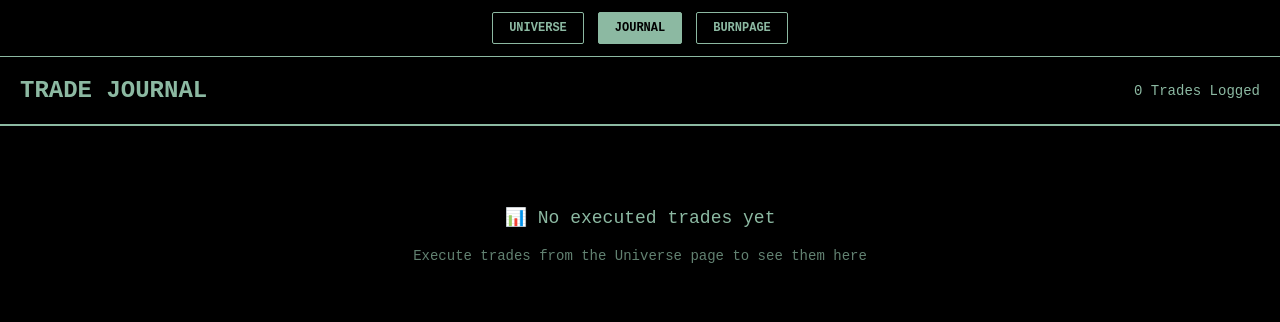
Repository: 11612x/burnlistv1.1
Page: /journal
These files come from the project's save history. The page is drawn as it stood at one moment and after the next save; the edit follows.
The browser window is 1280 px wide. The pictures show the whole page.
The project was rebuilt for these pictures with package versions that can differ from the ones it lists, and the page was loaded fresh each time. Also part of the build but not shown: vite.config.js, src/components/CustomTooltip.jsx, src/logic/portfolioUtils.js, src/components/WatchlistChart.jsx, src/data/randomNames.js, src/data/mockTickerGenerator.js, src/components/NotificationBanner.jsx, src/pages/HomePage.jsx and 22 more.

Above is the page before, as saved 2025-07-25 16:23:10.

### index.html
<!DOCTYPE html>
<html lang="en">
  <head>
    <meta charset="UTF-8" />
    <meta name="viewport" content="width=device-width, initial-scale=1.0, maximum-scale=1.0, user-scalable=no" />
    <meta name="apple-mobile-web-app-capable" content="yes" />
    <meta name="apple-mobile-web-app-status-bar-style" content="black-translucent" />
    <meta name="theme-color" content="#000000" />
    <meta name="mobile-web-app-capable" content="yes" />
    <title>Burnlist</title>
    <link rel="icon" type="image/x-icon" href="/favicon.ico" />
    <link rel="apple-touch-icon" href="/favicon.ico" />
  </head>
  <body>
    <div id="root"></div>
    <script type="module" src="/src/main.jsx"></script>
  </body>
</html>

### src/main.jsx
import React from 'react';
import ReactDOM from 'react-dom/client';
import App from './App';
import './index.css';
import MockWatchlistPage from './pages/MockWatchlistPage';

console.log("MAIN.JSX is running");


ReactDOM.createRoot(document.getElementById('root')).render(<App />);

### src/App.jsx
// React core and lifecycle
import React, { useState, useEffect } from "react";
// React Router for routing
import { BrowserRouter as Router, Routes, Route } from "react-router-dom";
// App pages
import Home from "@pages/HomePage";
import BurnPage from "@pages/burnPage";
import MockWatchlistPage from "@pages/MockWatchlistPage";
import UniverseScreenerPage from "@pages/UniverseScreenerPage";
import UniverseHomePage from "@pages/UniverseHomePage";
import TradeDashboard from './pages/TradeDashboard';
import TradeJournal from './pages/TradeJournal';
import AddStockPricePage from './pages/AddStockPricePage';
// Fetch manager for cleanup
import { fetchManager } from '@data/fetchManager';
import { ThemeProvider } from './ThemeContext';
import MobileNavigation from './components/MobileNavigation';


function App() {
  // Load watchlists from localStorage or default to empty object
  const [watchlists, setWatchlists] = useState(() => {
    try {
      const saved = localStorage.getItem("burnlist_watchlists");
      console.log("Loaded watchlists from localStorage:", saved);
      return saved ? JSON.parse(saved) : {};
    } catch {
      return {};
    }
  });

  // Persist watchlists to localStorage on changes
  useEffect(() => {
    console.log("Saving watchlists to localStorage:", watchlists);
    localStorage.setItem("burnlist_watchlists", JSON.stringify(watchlists));
  }, [watchlists]);

  // Cleanup fetch manager on app unmount
  useEffect(() => {
    return () => {
      fetchManager.cleanup();
    };
  }, []);

  return (
    <ThemeProvider>
      <Router>
        <Routes>
          <Route
            path="/"
            element={<Home watchlists={watchlists} setWatchlists={setWatchlists} />}
          />
          <Route
            path="/watchlist/:slug"
            element={<BurnPage watchlists={watchlists} setWatchlists={setWatchlists} />}
          />
          {/* Route for mock watchlist testing - remove when not needed */}
          <Route path="/mockwatchlist" element={<MockWatchlistPage />} />
          {/* Route for Universe Homepage */}
          <Route path="/universes" element={<UniverseHomePage />} />
          {/* Route for Universe Screener */}
          <Route path="/universe/:slug" element={<UniverseScreenerPage />} />
          <Route path="/trade" element={<TradeDashboard />} />
          <Route path="/journal" element={<TradeJournal />} />
          <Route path="/add-stock-price" element={<AddStockPricePage />} />
        </Routes>
        <MobileNavigation />
      </Router>
    </ThemeProvider>
  );
}

export default App;

### src/pages/TradeJournal.jsx
import React, { useState, useEffect } from "react";
import { useTheme } from '../ThemeContext';
import { useNavigate } from 'react-router-dom';
import NotificationBanner from '@components/NotificationBanner';
import CustomButton from '@components/CustomButton';
import NavigationBar from '@components/NavigationBar';
import greenflag from '../assets/greenflag.png';
import yellowflag from '../assets/yellowflag.png';
import redflag from '../assets/redflag.png';
import backbutton from '../assets/backbutton.png';

const CRT_GREEN = 'rgb(140,185,162)';

const TradeJournal = () => {
  const { isInverted } = useTheme();
  const navigate = useNavigate();
  const [trades, setTrades] = useState([]);
  const [notification, setNotification] = useState("");
  const [notificationType, setNotificationType] = useState("info");

  // Load trades from localStorage on mount
  useEffect(() => {
    const savedTrades = localStorage.getItem("trade_journal_trades");
    if (savedTrades) {
      try {
        setTrades(JSON.parse(savedTrades));
      } catch (error) {
        console.error("Error loading trades:", error);
      }
    }
  }, []);

  // Save trades to localStorage whenever trades change
  useEffect(() => {
    localStorage.setItem("trade_journal_trades", JSON.stringify(trades));
  }, [trades]);

  const updateTrade = (id, updates) => {
    setTrades(prev => prev.map(trade =>
      trade.id === id ? { ...trade, ...updates } : trade
    ));
  };

  const deleteTrade = (id) => {
    setTrades(prev => prev.filter(trade => trade.id !== id));
    setNotification("Trade deleted");
    setNotificationType("success");
    setTimeout(() => setNotification(""), 3000);
  };

  const formatDate = (dateString) => {
    const date = new Date(dateString);
    return date.toLocaleDateString('en-GB', {
      day: '2-digit',
      month: '2-digit',
      year: '2-digit'
    });
  };

  return (
    <div style={{
      backgroundColor: isInverted ? 'rgb(140,185,162)' : '#000000',
      color: isInverted ? '#000000' : '#ffffff',
      minHeight: '100vh',
      padding: '0',
      fontFamily: "'Courier New', monospace"
    }}>
      {/* Navigation Bar */}
      <NavigationBar />

      {/* Header */}
      <div style={{
        display: 'flex',
        justifyContent: 'space-between',
        alignItems: 'center',
        padding: '20px',
        borderBottom: `2px solid ${CRT_GREEN}`,
        background: 'rgba(0,0,0,0.3)'
      }}>
        <div style={{ display: 'flex', alignItems: 'center', gap: '15px' }}>
          <h1 style={{
            color: CRT_GREEN,
            margin: 0,
            fontSize: '24px',
            fontWeight: 'bold'
          }}>
            TRADE JOURNAL
          </h1>
        </div>
        <div style={{ color: CRT_GREEN, fontSize: '14px' }}>
          {trades.length} Trades Logged
        </div>
      </div>

      {/* Notification Banner */}
      {notification && (
        <NotificationBanner
          message={notification}
          type={notificationType}
          onClose={() => setNotification("")}
        />
      )}

      {/* Main Content */}
      <div style={{ padding: '20px' }}>
        {trades.length === 0 ? (
          <div style={{
            textAlign: 'center',
            padding: '60px 20px',
            color: CRT_GREEN,
            fontSize: '18px'
          }}>
            <div style={{ marginBottom: '20px' }}>
              📊 No executed trades yet
            </div>
            <div style={{ fontSize: '14px', opacity: 0.7 }}>
              Execute trades from the Universe page to see them here
            </div>
          </div>
        ) : (
          <div style={{ overflowX: 'auto' }}>
            <table style={{
              width: '100%',
              borderCollapse: 'collapse',
              border: `1px solid ${CRT_GREEN}`,
              fontSize: '14px',
              tableLayout: 'fixed',
              lineHeight: '24px'
            }}>
                              <thead>
                <tr style={{
                  background: 'rgba(140,185,162,0.1)',
                  borderBottom: `2px solid ${CRT_GREEN}`,
                  height: '40px'
                }}>
                  <th style={{ padding: '0px', textAlign: 'center', borderRight: `1px solid ${CRT_GREEN}`, height: '40px', minHeight: '40px', maxHeight: '40px', lineHeight: '24px', boxSizing: 'border-box', verticalAlign: 'middle', overflow: 'hidden' }}>
                    Ticker
                  </th>
                  <th style={{ padding: '0px', textAlign: 'center', borderRight: `1px solid ${CRT_GREEN}`, height: '40px', minHeight: '40px', maxHeight: '40px', lineHeight: '24px', boxSizing: 'border-box', verticalAlign: 'middle', overflow: 'hidden' }}>
                    Setup
                  </th>
                  <th style={{ padding: '0px', textAlign: 'center', borderRight: `1px solid ${CRT_GREEN}`, height: '40px', minHeight: '40px', maxHeight: '40px', lineHeight: '24px', boxSizing: 'border-box', verticalAlign: 'middle', overflow: 'hidden' }}>
                    R:R
                  </th>
                  <th style={{ padding: '0px', textAlign: 'center', borderRight: `1px solid ${CRT_GREEN}`, height: '40px', minHeight: '40px', maxHeight: '40px', lineHeight: '24px', boxSizing: 'border-box', verticalAlign: 'middle', overflow: 'hidden' }}>
                    Verdict
                  </th>
                  <th style={{ padding: '0px', textAlign: 'center', borderRight: `1px solid ${CRT_GREEN}`, height: '40px', minHeight: '40px', maxHeight: '40px', lineHeight: '24px', boxSizing: 'border-box', verticalAlign: 'middle', overflow: 'hidden' }}>
                    Outcome
                  </th>
                  <th style={{ padding: '0px', textAlign: 'center', borderRight: `1px solid ${CRT_GREEN}`, height: '40px', minHeight: '40px', maxHeight: '40px', lineHeight: '24px', boxSizing: 'border-box', verticalAlign: 'middle', overflow: 'hidden' }}>
                    Entry
                  </th>
                  <th style={{ padding: '0px', textAlign: 'center', borderRight: `1px solid ${CRT_GREEN}`, height: '40px', minHeight: '40px', maxHeight: '40px', lineHeight: '24px', boxSizing: 'border-box', verticalAlign: 'middle', overflow: 'hidden' }}>
                    Stop
                  </th>
                  <th style={{ padding: '0px', textAlign: 'center', borderRight: `1px solid ${CRT_GREEN}`, height: '40px', minHeight: '40px', maxHeight: '40px', lineHeight: '24px', boxSizing: 'border-box', verticalAlign: 'middle', overflow: 'hidden' }}>
                    Target
                  </th>
                  <th style={{ padding: '0px', textAlign: 'center', borderRight: `1px solid ${CRT_GREEN}`, height: '40px', minHeight: '40px', maxHeight: '40px', lineHeight: '24px', boxSizing: 'border-box', verticalAlign: 'middle', overflow: 'hidden' }}>
                    Position
                  </th>
                  <th style={{ padding: '0px', textAlign: 'center', borderRight: `1px solid ${CRT_GREEN}`, height: '40px', minHeight: '40px', maxHeight: '40px', lineHeight: '24px', boxSizing: 'border-box', verticalAlign: 'middle', overflow: 'hidden' }}>
                    Date
                  </th>
                  <th style={{ padding: '0px', textAlign: 'center', height: '40px', minHeight: '40px', maxHeight: '40px', lineHeight: '24px', boxSizing: 'border-box', verticalAlign: 'middle', overflow: 'hidden' }}>
                    Actions
                  </th>
                </tr>
              </thead>
              <tbody>
                                 {trades.map((trade, index) => (
                   <tr
                     key={trade.id}
                     style={{
                       borderBottom: `1px solid ${CRT_GREEN}`,
                       background: index % 2 === 0 ? 'rgba(0,0,0,0.3)' : 'rgba(0,0,0,0.1)',
                       height: '40px'
                     }}
                   >
                                                                  <td style={{ padding: '0px', textAlign: 'center', borderRight: `1px solid ${CRT_GREEN}`, fontWeight: 'bold', height: '40px', minHeight: '40px', maxHeight: '40px', lineHeight: '24px', boxSizing: 'border-box', verticalAlign: 'middle', overflow: 'hidden' }}>
                         {trade.ticker}
                       </td>
                       <td style={{ padding: '0px', textAlign: 'center', borderRight: `1px solid ${CRT_GREEN}`, height: '40px', minHeight: '40px', maxHeight: '40px', lineHeight: '24px', boxSizing: 'border-box', verticalAlign: 'middle', overflow: 'hidden' }}>
                         {trade.setup || trade.setupType || 'Manual'}
                       </td>
                       <td style={{ padding: '0px', textAlign: 'center', borderRight: `1px solid ${CRT_GREEN}`, height: '40px', minHeight: '40px', maxHeight: '40px', lineHeight: '24px', boxSizing: 'border-box', verticalAlign: 'middle', overflow: 'hidden' }}>
                         {trade.riskReward ? `${trade.riskReward}:1` : 'N/A'}
                       </td>
                       <td style={{ padding: '0px', textAlign: 'center', borderRight: `1px solid ${CRT_GREEN}`, height: '40px', minHeight: '40px', maxHeight: '40px', lineHeight: '24px', boxSizing: 'border-box', verticalAlign: 'middle', overflow: 'hidden' }}>
                         <div style={{ display: 'flex', alignItems: 'center', justifyContent: 'center', gap: '6px', height: '24px', maxHeight: '24px' }}>
                           <img
                             src={trade.verdictFlag || greenflag}
                             alt={trade.verdict}
                             style={{ width: '14px', height: '14px' }}
                           />
                           <span style={{ fontSize: '12px', lineHeight: '14px' }}>{trade.verdict || 'Qualified'}</span>
                         </div>
                       </td>
                       <td style={{ padding: '0px', textAlign: 'center', borderRight: `1px solid ${CRT_GREEN}`, height: '40px', minHeight: '40px', maxHeight: '40px', lineHeight: '24px', boxSizing: 'border-box', verticalAlign: 'middle', overflow: 'hidden' }}>
                         <select
                           value={trade.outcome || 'Open'}
                           onChange={(e) => updateTrade(trade.id, { outcome: e.target.value })}
                           style={{
                             background: 'transparent',
                             color: CRT_GREEN,
                             border: 'none',
                             padding: '2px 4px',
                             fontFamily: "'Courier New', monospace",
                             fontSize: '11px',
                             cursor: 'pointer',
                             height: '35px',
                             maxHeight: '35px',
                             lineHeight: '31px'
                           }}
                         >
                           <option value="Open">Open</option>
                           <option value="Win">Win</option>
                           <option value="Loss">Loss</option>
                           <option value="Break Even">Break Even</option>
                         </select>
                       </td>
                       <td style={{ padding: '0px', textAlign: 'center', borderRight: `1px solid ${CRT_GREEN}`, height: '40px', minHeight: '40px', maxHeight: '40px', lineHeight: '24px', boxSizing: 'border-box', verticalAlign: 'middle', overflow: 'hidden' }}>
                         ${trade.entryPrice ? trade.entryPrice.toFixed(2) : 'N/A'}
                       </td>
                       <td style={{ padding: '0px', textAlign: 'center', borderRight: `1px solid ${CRT_GREEN}`, height: '40px', minHeight: '40px', maxHeight: '40px', lineHeight: '24px', boxSizing: 'border-box', verticalAlign: 'middle', overflow: 'hidden' }}>
                         ${trade.stopLoss ? trade.stopLoss.toFixed(2) : 'N/A'}
                       </td>
                       <td style={{ padding: '0px', textAlign: 'center', borderRight: `1px solid ${CRT_GREEN}`, height: '40px', minHeight: '40px', maxHeight: '40px', lineHeight: '24px', boxSizing: 'border-box', verticalAlign: 'middle', overflow: 'hidden' }}>
                         ${trade.target ? trade.target.toFixed(2) : 'N/A'}
                       </td>
                       <td style={{ padding: '0px', textAlign: 'center', borderRight: `1px solid ${CRT_GREEN}`, height: '40px', minHeight: '40px', maxHeight: '40px', lineHeight: '24px', boxSizing: 'border-box', verticalAlign: 'middle', overflow: 'hidden' }}>
                         {trade.positionSize ? `${trade.positionSize} shares` : 'N/A'}
                       </td>
                       <td style={{ padding: '0px', textAlign: 'center', borderRight: `1px solid ${CRT_GREEN}`, height: '40px', minHeight: '40px', maxHeight: '40px', lineHeight: '24px', boxSizing: 'border-box', verticalAlign: 'middle', overflow: 'hidden' }}>
                         {trade.executedAt ? formatDate(trade.executedAt) : formatDate(trade.date)}
                       </td>
                       <td style={{ padding: '8px', textAlign: 'center', height: '40px', minHeight: '40px', maxHeight: '40px', lineHeight: '24px', boxSizing: 'border-box', verticalAlign: 'middle', overflow: 'hidden' }}>
                         <CustomButton
                           onClick={() => deleteTrade(trade.id)}
                           style={{
                             background: 'none',
                             border: 'none',
                             color: '#ff4444',
                             padding: '2px 4px',
                             fontSize: '10px',
                             cursor: 'pointer',
                             height: '20px',
                             maxHeight: '20px',
                             lineHeight: '16px'
                           }}
                         >
                           DELETE
                         </CustomButton>
                       </td>
                   </tr>
                 ))}
              </tbody>
            </table>
          </div>
        )}
      </div>
    </div>
  );
};

export default TradeJournal;

### src/ThemeContext.jsx
import React, { createContext, useContext, useState } from 'react';

const ThemeContext = createContext();

const CRT_GREEN = 'rgb(140,185,162)';
const CRT_GREEN_HEX = '#8CB9A2';
const RED = '#e31507';
const BLACK = '#000';
const BLACK2 = '#000000';

function mapColor(color, isInverted) {
  if (!isInverted) return color;
  // Normalize color string
  const c = color.trim().toLowerCase();
  // All black to CRT green
  if (c === BLACK || c === BLACK2 || c === 'black' || c.startsWith('rgb(0,0,0)')) return CRT_GREEN;
  // All CRT green to black
  if (c === CRT_GREEN || c === CRT_GREEN_HEX || c.startsWith('rgb(140,185,162)')) return BLACK;
  // All red stays red
  if (c === RED) return RED;
  // All other accents (gray, orange, white, etc.) go black
  return BLACK;
}

export function ThemeProvider({ children }) {
  const [isInverted, setIsInverted] = useState(false);
  const toggleTheme = () => setIsInverted((prev) => !prev);
  return (
    <ThemeContext.Provider value={{ isInverted, toggleTheme }}>
      {children}
    </ThemeContext.Provider>
  );
}

export function useTheme() {
  return useContext(ThemeContext);
}

export function useThemeColor(color) {
  const { isInverted } = useTheme();
  return mapColor(color, isInverted);
}

### src/components/CustomButton.jsx
import React from 'react';
import { useThemeColor } from '../ThemeContext';

const CustomButton = ({ children, onClick, type = 'button', style = {}, disabled = false, mobile = false, ...props }) => {
  const bg = useThemeColor(disabled ? '#444' : '#000');
  const fg = useThemeColor('#8CB9A2');
  const border = useThemeColor('#8CB9A2');

  // Mobile-specific styles
  const mobileStyles = mobile ? {
    minHeight: '44px',
    fontSize: '16px',
    padding: '12px 16px',
    borderRadius: '0',
    transition: 'all 0.2s ease',
    ':active': {
      backgroundColor: fg,
      color: bg,
    }
  } : {};

  return (
    <button
      type={type}
      onClick={onClick}
      disabled={disabled}
      style={{
        backgroundColor: bg,
        color: fg,
        border: `1px solid ${border}`,
        padding: mobile ? '12px 16px' : '6px 16px',
        fontFamily: 'Courier New',
        fontSize: mobile ? '16px' : '15px',
        cursor: disabled ? 'not-allowed' : 'pointer',
        opacity: disabled ? 0.6 : 1,
        borderRadius: mobile ? 0 : 2,
        margin: mobile ? '4px' : '2px',
        minHeight: mobile ? '44px' : 'auto',
        transition: 'all 0.2s ease',
        ...mobileStyles,
        ...style,
      }}
      {...props}
    >
      {children}
    </button>
  );
};

export default CustomButton;

### src/components/NavigationBar.jsx
import React from 'react';
import { useNavigate, useLocation } from 'react-router-dom';
import { useTheme } from '../ThemeContext';
import CustomButton from './CustomButton';

const CRT_GREEN = 'rgb(140,185,162)';

const NavigationBar = () => {
  const navigate = useNavigate();
  const location = useLocation();
  const { isInverted } = useTheme();

  const isCurrentPage = (path) => {
    if (path === '/') {
      return location.pathname === '/' || location.pathname.startsWith('/burn/');
    }
    if (path === '/universes') {
      return location.pathname === '/universes' || location.pathname.startsWith('/universe/');
    }
    return location.pathname === path;
  };

  const getButtonStyle = (isActive) => ({
    background: isActive ? CRT_GREEN : 'transparent',
    color: isActive ? '#000000' : CRT_GREEN,
    border: `1px solid ${CRT_GREEN}`,
    padding: '8px 16px',
    fontFamily: "'Courier New', monospace",
    fontSize: '12px',
    fontWeight: 'bold',
    cursor: 'pointer',
    transition: 'all 0.2s ease',
    minWidth: '80px',
    textAlign: 'center'
  });

  return (
    <div style={{
      display: 'flex',
      justifyContent: 'center',
      alignItems: 'center',
      padding: '10px 20px',
      borderBottom: `1px solid ${CRT_GREEN}`,
      background: 'rgba(0,0,0,0.3)',
      gap: '10px'
    }}>
      <CustomButton
        onClick={() => navigate('/universes')}
        style={getButtonStyle(isCurrentPage('/universes'))}
      >
        UNIVERSE
      </CustomButton>

      <CustomButton
        onClick={() => navigate('/journal')}
        style={getButtonStyle(isCurrentPage('/journal'))}
      >
        JOURNAL
      </CustomButton>

      <CustomButton
        onClick={() => navigate('/')}
        style={getButtonStyle(isCurrentPage('/'))}
      >
        BURNPAGE
      </CustomButton>
    </div>
  );
};

export default NavigationBar;

Loaded but not shown: src/data/fetchManager.js (396 lines, source omitted); src/data/finvizAdapter.js (102 lines, source omitted); src/data/normalizeTicker.js (67 lines, source omitted); src/index.css (457 lines, source omitted); src/components/MobileNavigation.jsx (104 lines, source omitted)

After the next save:
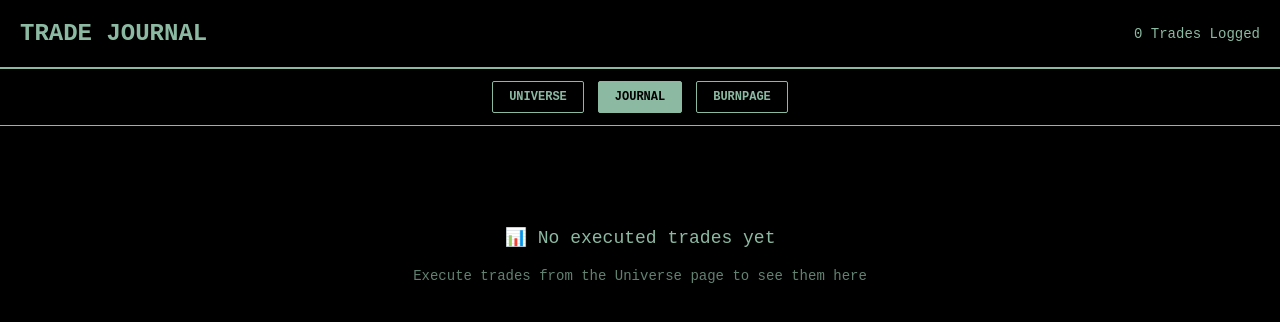
Saved 26 s later.
--- a/src/pages/TradeJournal.jsx
+++ b/src/pages/TradeJournal.jsx
@@ -65,9 +65,6 @@ const TradeJournal = () => {
       padding: '0',
       fontFamily: "'Courier New', monospace"
     }}>
-      {/* Navigation Bar */}
-      <NavigationBar />
-
       {/* Header */}
       <div style={{
         display: 'flex',
@@ -90,6 +87,75 @@ const TradeJournal = () => {
         <div style={{ color: CRT_GREEN, fontSize: '14px' }}>
           {trades.length} Trades Logged
         </div>
+      </div>
+
+      {/* Navigation Buttons */}
+      <div style={{
+        display: 'flex',
+        justifyContent: 'center',
+        alignItems: 'center',
+        padding: '10px 20px',
+        borderBottom: `1px solid ${CRT_GREEN}`,
+        background: 'rgba(0,0,0,0.3)',
+        gap: '10px',
+        marginBottom: '20px'
+      }}>
+        <CustomButton
+          onClick={() => navigate('/universes')}
+          style={{
+            background: location.pathname === '/universes' || location.pathname.startsWith('/universe/') ? CRT_GREEN : 'transparent',
+            color: location.pathname === '/universes' || location.pathname.startsWith('/universe/') ? '#000000' : CRT_GREEN,
+            border: `1px solid ${CRT_GREEN}`,
+            padding: '8px 16px',
+            fontFamily: "'Courier New', monospace",
+            fontSize: '12px',
+            fontWeight: 'bold',
+            cursor: 'pointer',
+            transition: 'all 0.2s ease',
+            minWidth: '80px',
+            textAlign: 'center'
+          }}
+        >
+          UNIVERSE
+        </CustomButton>
+
+        <CustomButton
+          onClick={() => navigate('/journal')}
+          style={{
+            background: location.pathname === '/journal' ? CRT_GREEN : 'transparent',
+            color: location.pathname === '/journal' ? '#000000' : CRT_GREEN,
+            border: `1px solid ${CRT_GREEN}`,
+            padding: '8px 16px',
+            fontFamily: "'Courier New', monospace",
+            fontSize: '12px',
+            fontWeight: 'bold',
+            cursor: 'pointer',
+            transition: 'all 0.2s ease',
+            minWidth: '80px',
+            textAlign: 'center'
+          }}
+        >
+          JOURNAL
+        </CustomButton>
+
+        <CustomButton
+          onClick={() => navigate('/')}
+          style={{
+            background: location.pathname === '/' || location.pathname.startsWith('/burn/') ? CRT_GREEN : 'transparent',
+            color: location.pathname === '/' || location.pathname.startsWith('/burn/') ? '#000000' : CRT_GREEN,
+            border: `1px solid ${CRT_GREEN}`,
+            padding: '8px 16px',
+            fontFamily: "'Courier New', monospace",
+            fontSize: '12px',
+            fontWeight: 'bold',
+            cursor: 'pointer',
+            transition: 'all 0.2s ease',
+            minWidth: '80px',
+            textAlign: 'center'
+          }}
+        >
+          BURNPAGE
+        </CustomButton>
       </div>
 
       {/* Notification Banner */}
